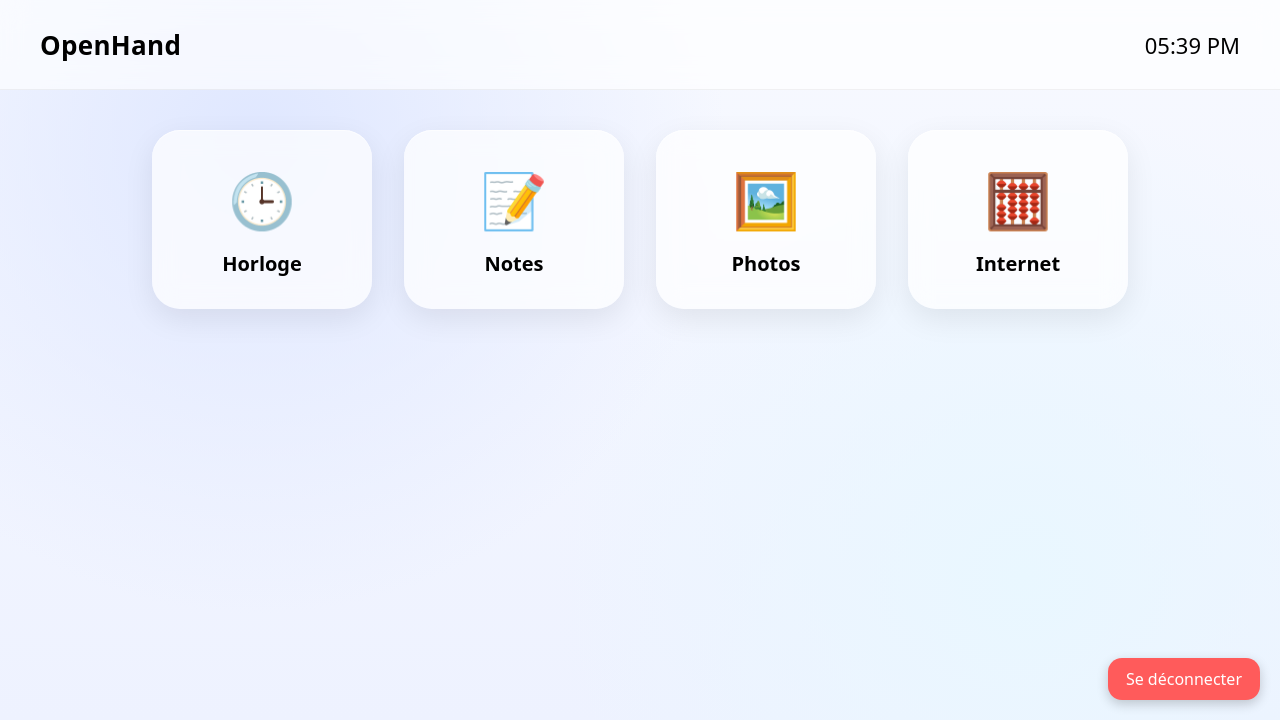
Repository: nlagardere/OpenHand
Page: index.html
An editor plug-in stored every save of this project. The page is shown before and after a run of saves, followed by the edit.
The browser window is 1280 px wide. The pictures show the whole page.

Above is the page before, as saved 2026-01-30 21:35:04.

After the next 2 saves:
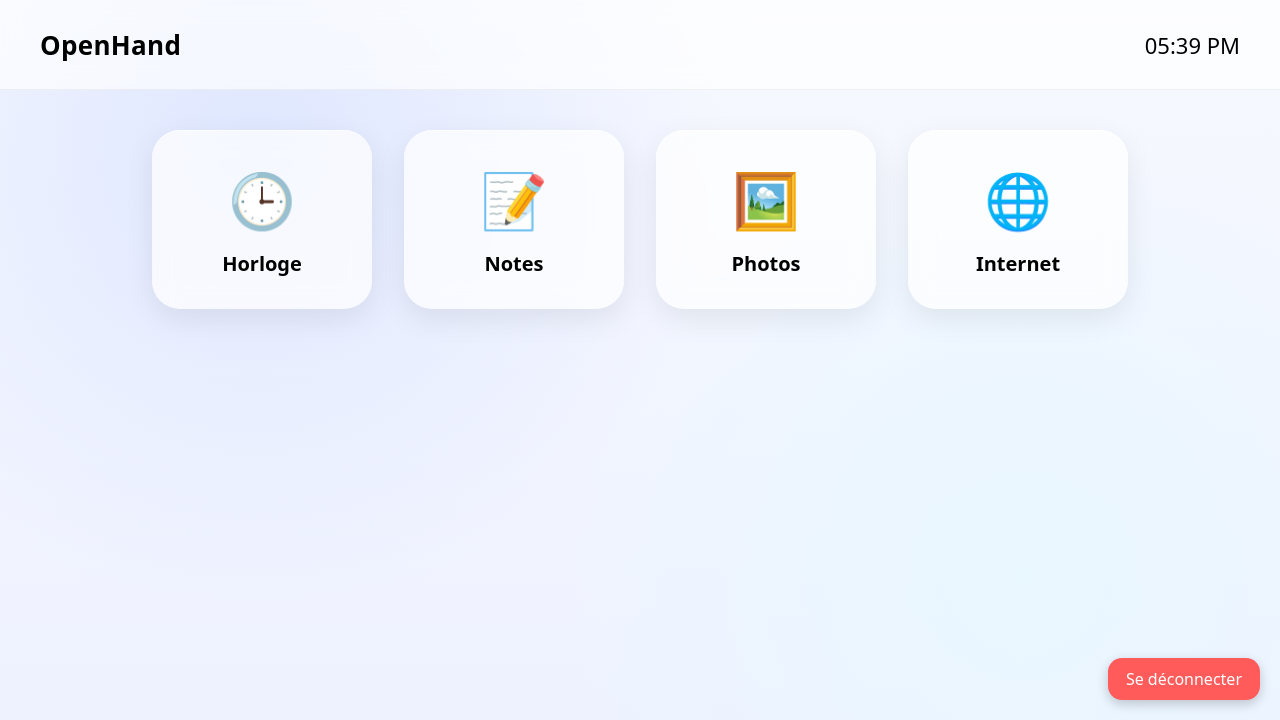
The 2 saves are shown as one change because they came seconds apart.
The last was saved 17 s later.
--- a/main.js
+++ b/main.js
@@ -2,7 +2,7 @@ const apps = [
   { name:"Horloge", icon:"🕒", url:"apps/clock/clock.html" },
   { name:"Notes", icon:"📝", url:"apps/notes/notes.html" },
   { name:"Photos", icon:"🖼️", url:"apps/photos/photos.html" },
-  { name:"Internet", icon:"🧮", url:"apps/internet/internet.html" }
+  { name:"Internet", icon:"🌐", url:"apps/internet/internet.html" }
 ];
 
 const desktop = document.getElementById("desktop");
